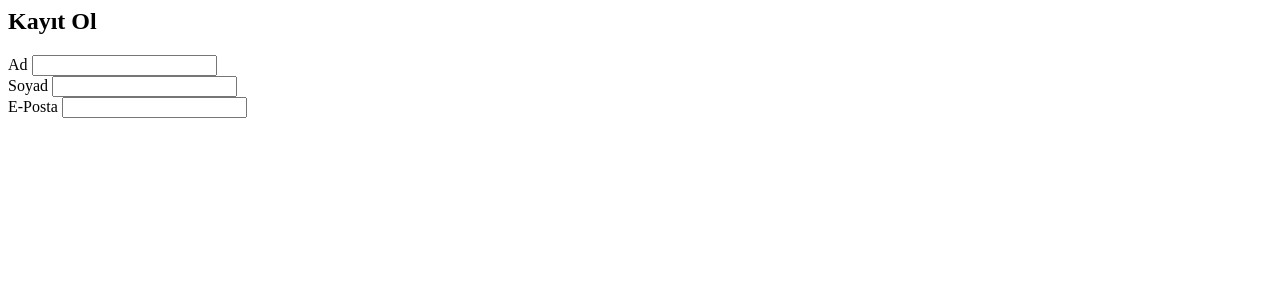
Repository: hakanozer/yazilim_uzmanligi_21_Aralilk_2024
Page: bitirme_projeleri/angular/Omer_Kafkas/src/app/pages/register/register.html
An editor plug-in stored every save of this project. The page is shown before and after the next save, followed by the edit.
The browser window is 1280 px wide. The pictures show the whole page.

Above is the page before, as saved 2025-08-31 21:35:57.

### bitirme_projeleri/angular/Omer_Kafkas/src/app/pages/register/register.html
<app-background-item></app-background-item>

<div class="register-wrapper">
    <form class="register-card">
        <h2>Kayıt Ol</h2>

        <div class="field">
            <label for="name">Ad</label>
            <input id="name" type="text">
        </div>
        <div class="field">
            <label for="surname">Soyad</label>
            <input id="surname" type="text">
        </div>
        <div class="field">
            <label for="mail">E-Posta</label>
            <input id="mail" type="email">
        </div>



    </form>
</div>

After the next save:
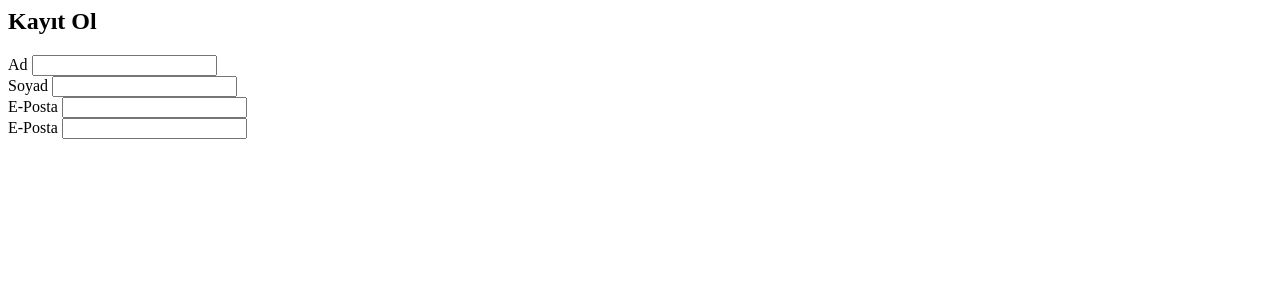
Saved 22 s later.
--- a/bitirme_projeleri/angular/Omer_Kafkas/src/app/pages/register/register.html
+++ b/bitirme_projeleri/angular/Omer_Kafkas/src/app/pages/register/register.html
@@ -16,7 +16,10 @@
             <label for="mail">E-Posta</label>
             <input id="mail" type="email">
         </div>
-
+        <div class="field">
+            <label for="mail">E-Posta</label>
+            <input id="mail" type="email">
+        </div>
 
 
     </form>
